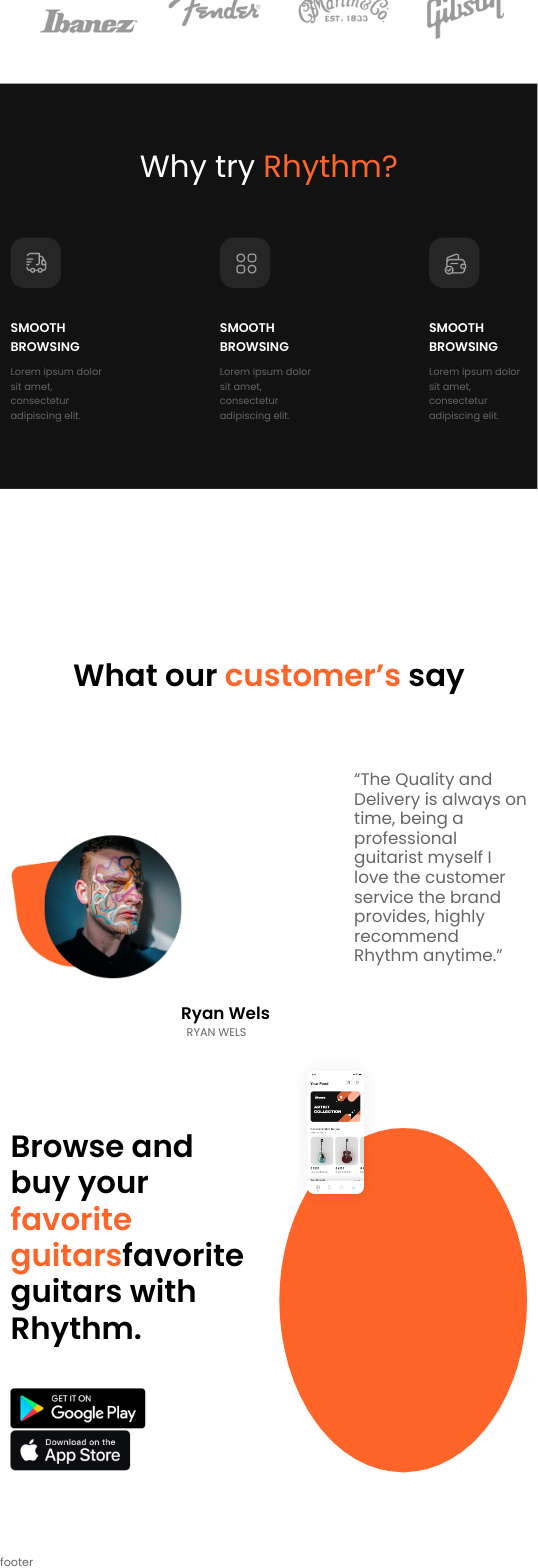
Repository: MorgunovaAlexandra/verstka-gitare-store
Page: index.html
An editor plug-in stored every save of this project. The page is shown before and after a run of saves, followed by the edit.
The browser window is 768 px wide. The pictures show the part of the page from y = 3388 to 5628 px (the page is 5628 px tall), at 70% of full size.

Above is the page before, as saved 2022-06-11 20:28:35.

### index.html
<!DOCTYPE html>
<html lang="en">
<head>
    <meta charset="UTF-8">
    <meta http-equiv="X-UA-Compatible" content="IE=edge">
    <meta name="viewport" content="width=device-width, initial-scale=1.0">
    <link rel="stylesheet" href="./style.css">
    <title>Document</title>
</head>
<body>
    <div class="wrapper">
        <header class="header">
            <div class="header__container _container">
                <a href="" class="header__logo">
                    <img src="./img/logo.svg" alt="">
                </a>
                <nav class="header__menu menu">
                    <ul class="menu__list">
                        <li class="menu__item">
                            <a href="" class="menu__link">Store</a>
                        </li>
                        <li class="menu__item">
                            <a href="" class="menu__link">Collections</a>
                        </li>
                        <li class="menu__item">
                            <a href="" class="menu__link">Support</a>
                        </li>
                    </ul>
                </nav>
            </div>
        </header>
        <main class="page">
            <section class="page__main main">
                <div class="main__container _container">
                    <div class="main__content">
                        <h1 class="main__title">Browse top quality <span>Guitars</span> online</h1>
                        <p class="main__text">Explore 50k+ latest collections of branded guitars online with Rhythm.</p>
                        <div class="main_actions actions-main">
                            <a href="" class="actions-main__button">Get the App</a>
                            <div class="actions-main__icon"><img src="./img/Group.png" alt="playMarket"></div>
                            <div class="actions-main__icon"><img src="./img/Apple logo.png" alt="apple"></div>
                        </div>
                    </div>
                    <div class="main_decor decor-main">
                        <div class="decor-main__image">
                            <img  src="./img/unsplash_H6j0Zsy91WY.png"alt="Main">
                        </div>
                    </div>
                </div>
            </section>
            <section class="page_store store">
               <div class="store_container _container">
                   <h2 class="store_title _title">
                    Check out the <span>Store</span>
                   </h2>
                   <div class="store__body body-store">
                       <div class="body-store__header">
                           <div class="body-store__title">NEW ON THE BOARD</div>
                           <a class="body-store__all">view all</a>
                       </div>
                       <div class="body-store__items">
                           <div class="body-store__item item">
                             <a href="" class="item__image">
                                 <img class="img-gitara" src="./img/1gitara.jpg" alt="gitare">
                             </a>
                             <div class="item__title">The Essential Les Paul</div>
                             <div class="item__price">$1,299.00</div>
                           </div>
                           <div class="body-store__item item">
                            <a href="" class="item__image">
                                <img  class="img-gitara" src="./img/2gitare.jpg" alt="gitare">
                            </a>
                            <div class="item__title">J-45 Standard</div>
                            <div class="item__price">$1,699.00</div>
                          </div>
                          <div class="body-store__item item">
                            <a href="" class="item__image">
                                <img  class="img-gitara" src="./img/3gitare.jpg" alt="gitare">
                            </a>
                            <div class="item__title">Hummingbird Standard</div>
                            <div class="item__price">$2,099.00</div>
                          </div>

                       </div>
                    <div class="body-store__header he">
                        <div class="body-store__title">TOP SELLING</div>
                        <a class="body-store__all">view all</a>
                    </div>
                       <div class="body-store__items">
                        <div class="body-store__item item">
                            <a href="" class="item__image">
                                <img class="img-gitara" src="./img/4gitare.jpg" alt="gitare">
                            </a>
                            <div class="item__title">Active Precision Bass® PH V</div>
                            <div class="item__price">$4,199.00</div>
                        </div>
                        <div class="body-store__item item">
                            <a href="" class="item__image">
                                <img class="img-gitara" src="./img/5gitare.jpg" alt="gitare">
                            </a>
                            <div class="item__title">Redondo Special</div>
                            <div class="item__price">$2,800.00</div>
                        </div>
                        <div class="body-store__item item">
                            <a href="" class="item__image">
                                <img class="img-gitara" src="./img/6gitare.jpg" alt="gitare">
                            </a>
                            <div class="item__title">Professional II Stratocaster®</div>
                            <div class="item__price">$3,199.00</div>
                        </div>
                      </div>
                   </div>
               </div>
            </section>
            <section class="page_categories categories">
              <div class="categories__container _container">
                <h2 class="categories__title _title">
                    Choose based on <span>Categories</span>
                </h2>
                <div class="categories__items">
                   <div class="categories__item item">

                       <img class="item__img" src="./img/categories/Rectangle 139.jpg">
                        <h2 class="item__titlee ">Acoustic</h2>
                   </div>
                   <div class="categories__item item">
                    <img class="item__img" src="./img/categories/Rectangle 140.jpg">
                     <h2 class="item__titlee">Acoustic</h2>
                </div>
                <div class="categories__item item">
                    <img class="item__img" src="./img/categories/Rectangle 141.jpg">
                     <h2 class="item__titlee">Acoustic</h2>
                </div>
                <div class="categories__item item">
                    <img class="item__img" src="./img/categories/Rectangle 142.jpg">
                     <h2 class="item__titlee">Acoustic</h2>
                </div>
                </div>
              </div>

            </section>
            <section class="page__brand brand">
                <div class="brand__container _container">
                    <h2 class="brand__title _title">Featuring the <span>Best Brands</span></h2>

                <div class="brand__items">
                   <div class="brand__item item">
                      <img src="./img/brand/Frame.jpg" alt="brand">
                   </div>
                  <div class="brand__item item">
                    <img src="./img/brand/Group.jpg" alt="brand">
                  </div>
                  <div class="brand__item item">
                    <img src="./img/brand/Group.png" alt="brand">
                  </div>
                  <div class="brand__item item">
                    <img src="./img/brand/Group — копия.png" alt="brand">
                  </div>
                  <div class="brand__item item">
                    <img src="./img/brand/image 3.png" alt="brand">
                  </div>
                  <div class="brand__item item">
                    <img src="./img/brand/image 4.png" alt="brand">
                  </div>
                  <div class="brand__item item">
                    <img src="./img/brand/image 6.png" alt="brand">
                  </div>
                  <div class="brand__item item">
                    <img src="./img/brand/image 8.png" alt="brand">
                  </div>
                </div>
                </div>
            </section>
            <section class="page__rhuthm rhuthm _black">
               <div class="rhuthm__container _container">
                   <div class="rhuthm__title _title">Why try<span> Rhythm?</span></div>
                   <div class="rthuthm__items">
                       <div class="rthuthm__item item">
                           <div class="img_rthuthm">
                            <img class="img-group" src="./img/vidget/group.png">
                            <img class="item__vidget-img" alt="vidget" src="./img/vidget/Rectangle 135.png">
                           </div>
                           <h2 class="item__title-vidget">Smooth Browsing</h2>
                           <div class="item__text-vidget">Lorem ipsum dolor sit amet, consectetur adipiscing elit.</div>
                       </div>
                       <div class="rthuthm__item item">
                        <div class="img_rthuthm">
                            <img class="img-group" src="./img/vidget/category-2.png">
                             <img class="item__vidget-img" alt="vidget" src="./img/vidget/Rectangle 136.png">
                        </div>
                        <h2 class="item__title-vidget">Smooth Browsing</h2>
                        <div class="item__text-vidget">Lorem ipsum dolor sit amet, consectetur adipiscing elit.</div>
                    </div>
                    <div class="rthuthm__item item">
                        <div class="img_rthuthm">
                            <img class="img-group" src="./img/vidget/empty-wallet-tick.png">
                             <img class="item__vidget-img" alt="vidget" src="./img/vidget/Rectangle 137.png">
                        </div>
                        <h2 class="item__title-vidget">Smooth Browsing</h2>
                        <div class="item__text-vidget">Lorem ipsum dolor sit amet, consectetur adipiscing elit.</div>
                    </div>
                   </div>
               </div>
            </section>
            <section class="page__castomers castomers">
                <div class="castomers__container _container">
                      <h2 class="castomers__title _title">What our <span>customer’s</span> say</h2>

                <div class="castomers__body ">

                        <img class="body__img" src="./img/castomers/Group 5203.png" alt="chel">

                    <div class="body__text">
                        <div class="body__text-text">“The Quality and Delivery is always on time, being a professional guitarist myself I love the customer service the brand provides, highly recommend Rhythm anytime.”</div>
                        <div class="body__name">Ryan Wels</div>
                        <div class="body__prof">Ryan Wels</div>
                    </div>
                </div>
            </div>
            </section>
            <section class="page__browse browse">
                 <div class="browse__container _container">
                    <div class="browse__block1">
                        <div class="browse__title _title">Browse and buy your <span>favorite guitars</span>favorite guitars with Rhythm.</div>
                        <img class="img-mobil" src="./img/browse/Mobile app store badge.png" alt="brows">
                        <img class="img-mobil" src="./img/browse/Mobile app store badge — копия.png" alt="brows">
                    </div>
                    <div class="browse__block2">
                        <img class="browse_img-1" src="./img/browse/guitar s1.png">
                        <img class="browse_img-2" src="./img/browse/guitar s3.png">
                    </div>

                 </div>
            </section>
        </main>
        <footer class="footer">footer</footer>
    </div>

</body>
</html>

### style.css
@import url('https://fonts.googleapis.com/css2?family=Poppins:wght@400;500;600&display=swap');
*,*::before,*::after{
    margin: 0;
    padding: 0;
    box-sizing: border-box;
    border: none;
}
html,body{
    height: 100%;
    min-width: 320px;
}
body{
    line-height: 1;
    font-family: Poppins;
    font-size: 16px;
    color:#666666;
}
ul{}
li{
    list-style: none;
}
a{
    text-decoration: none;
    color:#666666;
    font-weight: 500;

}
/*-----------------------------------*/
._container{
    max-width: 1230px;
    margin: 0 auto;
    padding: 0px 15px;
}
._title{
    font-size: 44px;
    line-height: 52px;
    color:black
}
._title span{
    color:#FF6428
}
/*-----------------------------------*/
.wrapper{
    display: flex;
    flex-direction: column;
    min-height: 100%;
    overflow: hidden;
}

/*------------------header------------------*/
.header__container{
    display: flex;
    gap:131px;
    min-height: 152px;
    align-items: center;
}
.header__logo{

}
.menu__list{
    display: flex;
    gap:56px;
}
.menu__item{
padding: 5px;
background-color:rgba(255,255,255,0.5);
}
.header{
    position: absolute;
    top:0;
    left: 0;
    width: 100%;
    z-index: 20;
}
@media(max-width:1092px) {
    .header__container{
        gap:50px;
        min-height: 100px;
    }
    .menu__list{
        gap:40px;
    }
}
@media(max-width:768.98px){
    .header__container{
        min-height: 50px;
    }
}
@media(max-width:479.98px){
    .menu__list{
        gap:20px
    }
    .header__logo{
        width: 28px;
        overflow: hidden;
        flex: 0 0 28px
    }
    .header__container{
        gap:20px;
    }
    .menu{
        padding: 0;
    }
}
/*------------------main------------------*/
.page{
    flex:1 1 auto
}
.page__main {
}
.main {
    padding-bottom: 80px;
}
.main__container {
    display: flex;
}
._container {
}
.main__content {
    display: flex;
    flex-direction: column;
    justify-content: space-between;
    flex:1 1 50%;
    align-self: flex-end;
    padding-bottom: 60px;
    padding-top: 120px;
    padding-right: 20px;
}
.main__title {
    font-size: 3.5rem;
    line-height: 67px;
    color:black;
    margin-bottom: 16px;
}
.main__title span{
    color:#FF6428
}
.main__text {
    margin-bottom: 34px;
    font-size: 1.5rem;
}
.main_actions {
}
.actions-main {
    display: flex;
    gap: 40px;
    align-items: center;
}
.actions-main__button {
    background-color: #FF6428;
    color:white;
    padding: 18px 48px;
    border-radius: 40px;
    text-align: center;
    transition: all 0.3s ease 0s;
}
.actions-main__button:hover{
    background-color:#b03808
}
.actions-main__icon {
}
.main_decor {
    flex:1 1 50%
}
.decor-main {
}
.decor-main__image {
    margin-right: -135px;
    position: relative;


}
.decor-main__image img{
    max-width: 672px;
}
.decor-main__image::after{
    content: "";
    background: url("./img/Group\ 5189.png");
    width: 80px;
    height: 80px;
    position: absolute;
    right: 36%;
    bottom: 0;
    transform: translate(0,50%);
}
@media(max-width:1092px){
    .decor-main__image img{
        width: 100%;

    }
    .main__content {
        flex:0 0 60%;
        padding-bottom: 0;
    }
    .main_decor {
        flex:0 0 40%
    }
}
@media(max-width:767.97px){
    .main_decor {
        display: none;
    }
    .main__content {
        flex: 1 1 100%;
        padding-right: 0;
        padding-top: 80px;
    }
    .main__title {
        font-size: 44px;
    }
}
@media(max-width:497.98px){
    .actions-main__button {
        flex:1 1 100%;
    }
    .actions-main__icon {
        display: none;
    }
}
/*-----------SECTION2--------------*/
.store_title{
    text-align: center;
    margin-bottom: 92px;
}

.page_store {
}
.store {
    padding-top: 80px;
    padding-bottom: 90px;
}
.store_container {
}
._container {
}


.store__body {
}
.body-store {
}
.body-store__header {
    display: flex;
    justify-content: space-between;
    gap:15px;
    margin-bottom: 32px;
}
.body-store__title {
    font-size: 20px;
    line-height: 30px;
    color:black;
    font-weight: 600;
}
.body-store__all {
    font-weight: 500;
    font-size: 20px;
}
.body-store__items{
    display: flex;
    justify-content: space-between;
    flex-wrap: wrap;
    margin-bottom: 102px;
}
.item__title{
    font-size: 16px;
    font-weight: 500;
    color:#121212;
    line-height: 24px;
    margin-bottom: 7px;
}
.item__price{
    font-size: 14px;
    line-height: 21px;
    font-weight: 400;
}
.item__image{
    padding-bottom: 40px;

}
.img-gitara{
    max-width: 364px;
}
@media(max-width:767.97px){
    .he{
        display: none;
    }
    .item{
        max-width: 50%;
    }
    .img-gitara{
        width: 100%;
    }
}
@media(max-width:497.98px){
    .he{
        display: none;
    }
    .item{
        max-width: 90%;
    }
    .img-gitara{
        width: 100%;
    }
    .body-store__items{
        justify-content: center;
    }
    .body-store__items{
        margin-bottom: 0;
    }
    .store_title {
        margin-bottom: 10px;
    }
    .store {
        padding-top: 0px;
    }
    .body-store__title {
        font-size: 16px;
    }
    .main{
        padding-bottom: 18px;
    }
}


/*----------SECTION3----------------------*/
.categories__items{
    display: flex;
    justify-content: space-around;
    flex-wrap: wrap;
}
.categories__title{
    text-align: center;
    margin-bottom: 80px;
}
.categories__item{
    position: relative;
    padding: 10px;
}
.item__titlee{
    position: absolute;
    top:80%;
    left: 30px;
    color:white;
    font-weight: 600;
    font-size: 20px;
}
.page_categories{
    padding-bottom: 110px;
}
/*----------------------------SECTION BRAND------------*/
.page__brand{

}
.brand__title{
    text-align: center;
    margin-bottom: 96px;
}
.brand__items{
    display: flex;
    justify-content: space-between;
    flex-wrap: wrap;
}
.brand__item{
    width: 25%;
    padding: 40px;
}
@media(max-width:767.97px){
    .brand__item{
        width: 30%;
        padding: 20px;
}
}
@media(max-width:497.98px){
    .brand__item{
        width: 40%;
        padding: 7px;
    }
}
/*---------------------SECTION BLACK--------------------*/

._black{
    background-color: #121212;
}
.page__rhuthm{
    padding-bottom: 94px;
}
.rthuthm__items{
    display: flex;
    justify-content: space-between;
    flex-wrap: wrap;
}
.rhuthm__title{
    color:white;
    text-align: center;
    padding-top: 93px;
    padding-bottom: 75px;
}
.img_rthuthm{
    position: relative;
    margin-bottom: 40px;
}
.img-group{
    position: absolute;
    top:21px;
    left: 22px;
}
.item__title-vidget{
    color:white;
    font-weight: 600;
    font-size: 18px;
    text-transform: uppercase;
    line-height: 27px;
    margin-bottom: 12px;
}
.item__text-vidget{
    color:#666666;
    font-weight: 400;
    font-size: 14px;
    line-height: 21px;

}
.rthuthm__item{
    width: 19%;
}
@media(max-width:497.98px){
    .rthuthm__item{
        width: 80%;
    }
    .rthuthm__items{
        justify-content: center;
        align-items: center;
    }

    .img_rthuthm {
        margin-bottom: 0;
    }
    .item__text-vidget {
        margin-bottom: 15px;
    }
    .page__rhuthm{
        padding-bottom: 30px;
    }
}
/*---------------------SECTION-CASTOMERS---------*/
.page__castomers{
    padding-bottom: 120px;
}
.castomers__title{
    text-align: center;
    padding-top: 240px;
}
.castomers__body{
    display: flex;
    justify-content: space-around;
    align-items: center;
    margin-top: 109px;

}

.body__text-text{
    width: 50%;
    font-weight: 400;
    line-height: 28px;
    font-size: 24px;
    margin-bottom: 56px;
}
.body__img{
    width: 33%;
}
.body__text{
    display: flex;
    flex-direction: column;

align-items: flex-end;
}
.body__name{
    align-self: flex-start;
    font-weight: 600;
    font-size: 24px;
    color:#000000;
}
.body__prof{
    text-transform: uppercase;
    align-self: flex-start;
    padding: 8px;
}
@media(max-width:767.97px){
    .castomers__title {
        padding-top: 10px;
    }
    .body__img{
        width: 26%;
    }
    .body__text-text{
        margin-bottom: 30px;
    }
    .body__text-text{
        width: 90%;
    }
    .castomers__body{
        align-items: center;
    }
    .body__prof{
        display: none;
    }
    .body__name{
        display: none;
    }
    .page__castomers{
        padding-top: 20px;
    }
}
@media(max-width:497.98px){
    .castomers__body{
        margin-top: 10px;
    }
    .body__img{
        display: none;
    }
    .body__text-text{
        width: 97%;
    }

}
/*----------------SECTION------BREWSE----------*/
.browse__container{
    display: flex;
    justify-content: space-between;
}
.browse__block1{
    width: 40%;
}
.browse__block2{
    width: 48%;
    background-color: #FF6428;
    border-radius: 60%;
    position: relative;
}
.browse_img-1{
    position: absolute;
    top:-60px;
    left: 240px;
    width: 50%;
}
.browse_img-2{
    position: absolute;
    top:-110px;
    left: 10px;
    width: 40%;
}
.page__browse{
    padding-bottom: 120px;
}
.browse__title{
    padding-bottom: 60px;
    font-weight: 600;
}
@media(max-width:995.97px){
    .browse_img-1{
    display: none;
    }
}
@media(max-width:767.97px){
    .browse__block2{
        display: none;
    }
    .browse__container{
       justify-content: center;
    }
    .browse__block1{
        width: 90%;
    }
    .img-mobil{
        margin-left: 50px;
        margin-right: 50px;
    }
    .page__castomers {
        padding-bottom: 20px;
    }
}

After the next 2 saves:
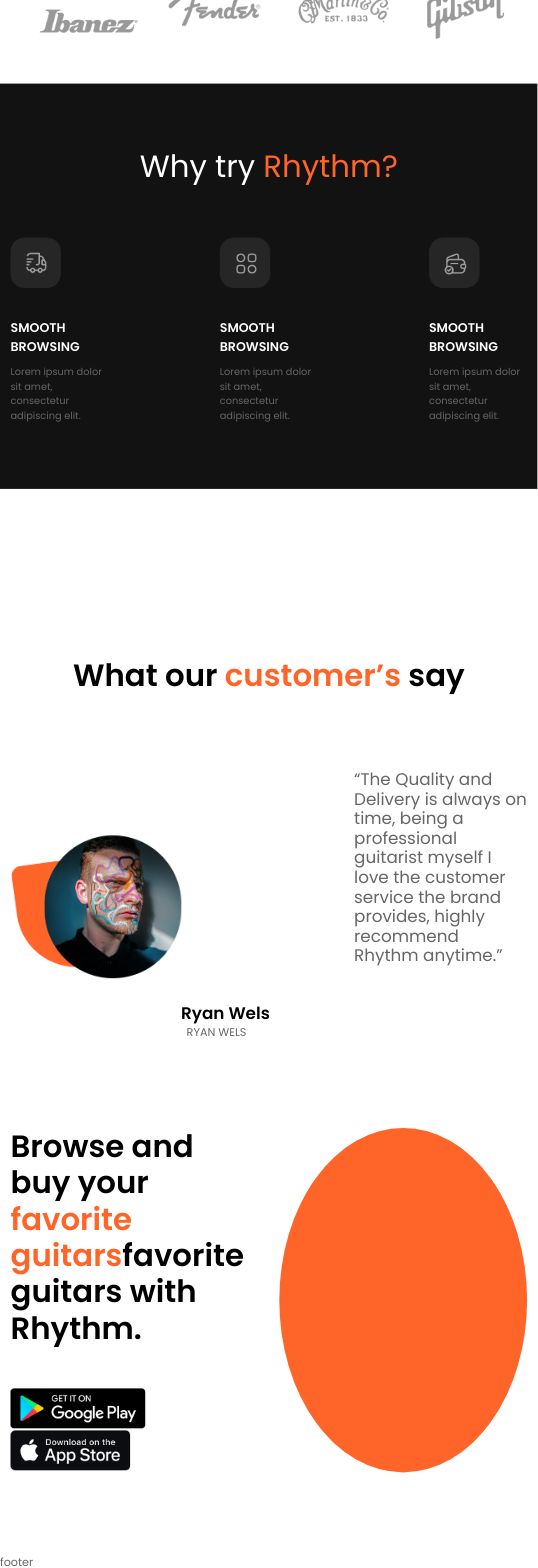
The 2 saves are shown as one change because they came seconds apart.
The last was saved 8 s later.
--- a/style.css
+++ b/style.css
@@ -559,6 +559,9 @@
     .browse_img-1{
     display: none;
     }
+    .browse_img-2{
+        display: none;
+        }
 }
 @media(max-width:767.97px){
     .browse__block2{
